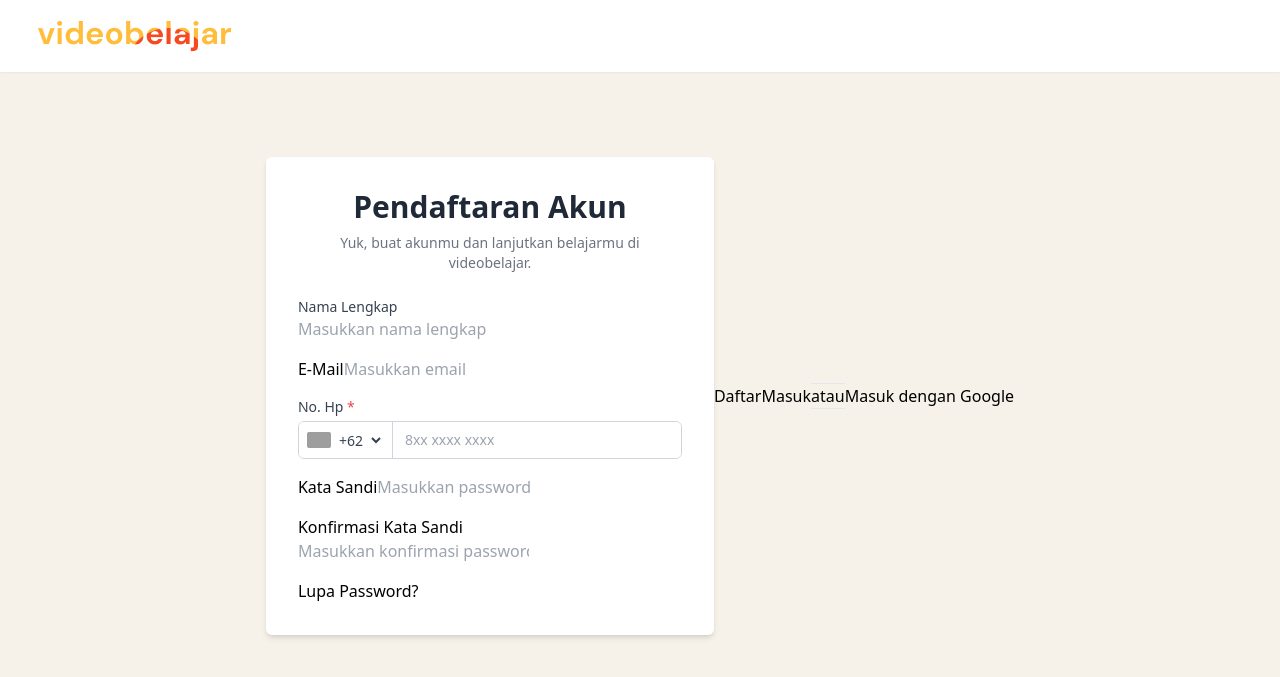
Repository: dimascahyanugraha/Course-Mission-4
Page: /signup
An editor plug-in stored every save of this project. The page is shown before and after the next save, followed by the edit.
The browser window is 1280 px wide. The pictures show the whole page.
Pictures or frames that could not be fetched are drawn as grey boxes. The project was rebuilt for these pictures with package versions that can differ from the ones it lists, and the page was loaded fresh each time. Also part of the build but not shown: vite.config.js, src/components/LoginPage.jsx.

Above is the page before, as saved 2026-05-29 10:56:52.

### index.html
<!doctype html>
<html lang="en">
  <head>
    <meta charset="UTF-8" />
    <link rel="icon" type="image/svg+xml" href="/favicon.svg" />
    <meta name="viewport" content="width=device-width, initial-scale=1.0" />
    <title>video-belajar</title>
  </head>
  <body>
    <div id="root"></div>
    <script type="module" src="/src/main.jsx"></script>
  </body>
</html>

### src/index.css
@tailwind base;
@tailwind components;
@tailwind utilities;

/* optional reset */
body {
  font-family: system-ui, sans-serif;
}

### src/App.jsx
import { BrowserRouter, Routes, Route, Navigate } from "react-router-dom"; // ← tambah Navigate
import LoginPage from "./components/LoginPage";
import Signup from "./components/Signup";

export default function App() {
  return (
    <BrowserRouter>
      <Routes>
        <Route path="/" element={<Navigate to="/login" />} />{" "}
        {/* ← tambah ini */}
        <Route path="/login" element={<LoginPage />} />
        <Route path="/signup" element={<Signup />} />
      </Routes>
    </BrowserRouter>
  );
}

### src/components/Signup.jsx
import logoVideoBelajar from "../assets/logo_video_belajar.png";
import indonesia from "../assets/indonesia.png";

export default function Signup() {
  return (
    <div className="min-h-screen bg-[#f6f2e9] flex flex-col">
      <header className="bg-white py-2 px-4 shadow-sm">
        <img src={logoVideoBelajar} alt="logo" />
      </header>

      <main className="flex flex-auto justify-center items-center px-4">
        <div className="bg-white w-full max-w-md rounded-md shadow-md p-8">
          <h2 className="text-3xl font-bold text-gray-800 text-center">
            Pendaftaran Akun
          </h2>
          <p className="text-gray-500 text-sm text-center mt-2">
            Yuk, buat akunmu dan lanjutkan belajarmu di videobelajar.
          </p>
          <form className="mt-6 space-y-4">
            <div>
              <label className="block text-sm font-medium text-gray-700">
                Nama Lengkap
              </label>
              <input type="text" placeholder="Masukkan nama lengkap" />
            </div>
            <div>
              <label>E-Mail</label>
              <input type="email" placeholder="Masukkan email" />
            </div>
            {/* NO. HP */}
            <div>
              <label className="block text-sm font-medium text-gray-700">
                No. Hp <span className="text-red-500">*</span>
              </label>
              <div className="mt-1 flex rounded-md border border-gray-300 overflow-hidden focus-within:ring-2 focus-within:ring-green-500">
                <div className="flex items-center gap-1 px-2 bg-white border-r border-gray-300">
                  <img
                    src={indonesia}
                    alt="flag ID"
                    className="w-6 h-4 rounded-sm object-cover"
                  />
                  <select className="text-sm text-gray-700 focus:outline-none bg-transparent cursor-pointer pr-1">
                    <option value="+62">+62</option>
                    <option value="+18">+18</option>
                  </select>
                </div>
                <input
                  type="tel"
                  placeholder="8xx xxxx xxxx"
                  className="flex-1 px-3 py-2 text-sm text-gray-700 focus:outline-none"
                />
              </div>
            </div>{" "}
            {/* ← div No.Hp ditutup di sini */}
            <div>
              <label>Kata Sandi</label>
              <input type="password" placeholder="Masukkan password" />
            </div>
            <div>
              <label>Konfirmasi Kata Sandi</label>
              <input
                type="password"
                placeholder="Masukkan konfirmasi password"
              />
            </div>
            <div>
              <a href="#">Lupa Password?</a>
            </div>
          </form>{" "}
          {/* ← form ditutup setelah semua input */}
        </div>
        <button>Daftar</button>
        <button>Masuk</button>
        <div>
          <hr className="flex-1 border-gray-200" />
          atau
          <hr className="flex-1 border-gray-200" />
        </div>
        {/* GOOGLE SIGN IN */}
        <button>Masuk dengan Google</button>
      </main>
    </div>
  );
}

### tailwind.config.js
/** @type {import('tailwindcss').Config} */
export default {
  content: ["./indexedDB.html", "./src/**/*.{js,ts,jsx,tsx}"],
  theme: {
    extend: {},
  },
  plugins: [],
};

Loaded but not shown: src/main.jsx (common file)

After the next save:
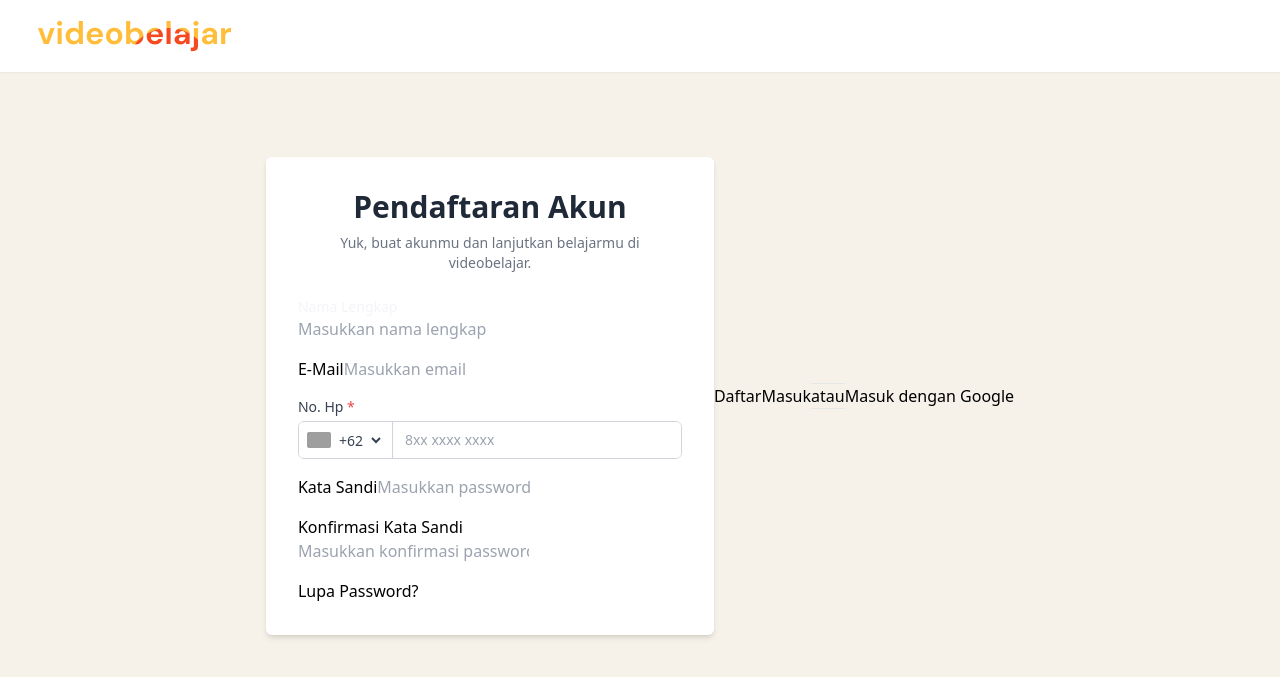
Saved 6 s later.
--- a/src/components/Signup.jsx
+++ b/src/components/Signup.jsx
@@ -18,7 +18,7 @@ export default function Signup() {
           </p>
           <form className="mt-6 space-y-4">
             <div>
-              <label className="block text-sm font-medium text-gray-700">
+              <label className="block text-sm font-medium text-gray-100">
                 Nama Lengkap
               </label>
               <input type="text" placeholder="Masukkan nama lengkap" />
